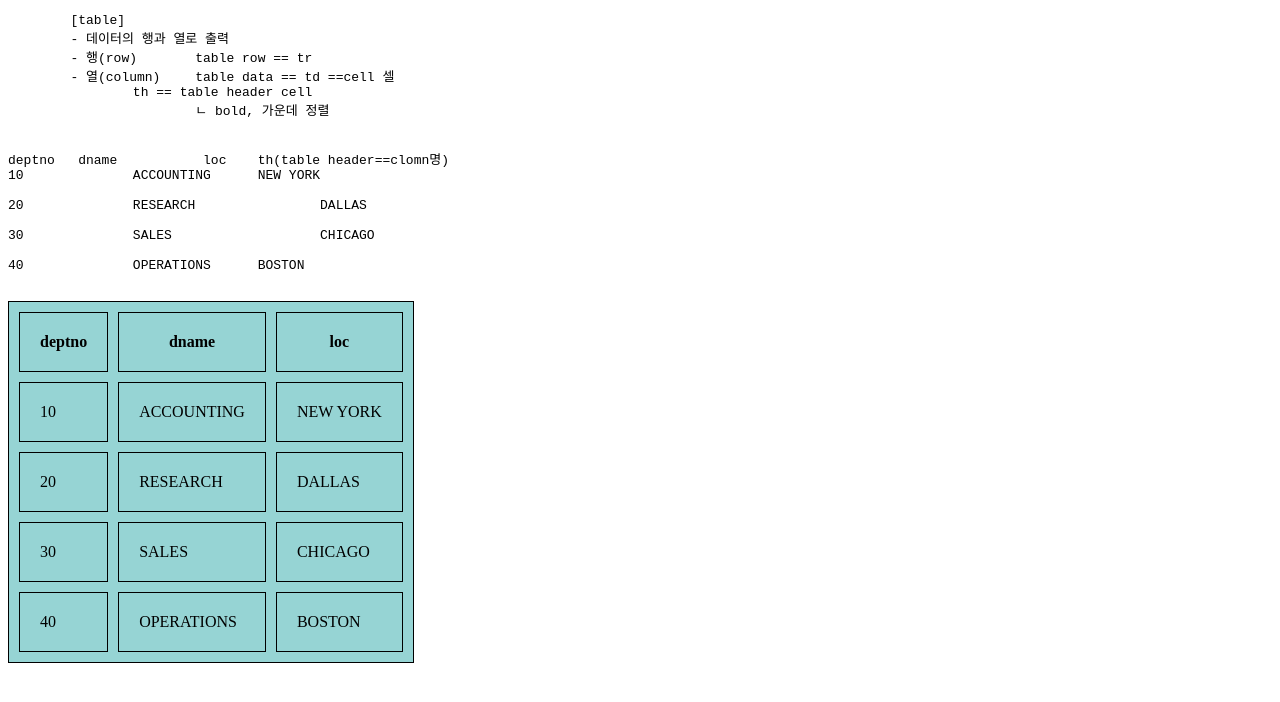
Repository: donggri1/WORKSPACE
Page: WebClass/webPro/src/main/webapp/html/days03/ex07.html
These files come from the project's save history. The page is drawn as it stood at one moment and after the next save; the edit follows.
The browser window is 1280 px wide. The pictures show the whole page.

Above is the page before, as saved 2024-03-26 03:35:17.

After the next save:
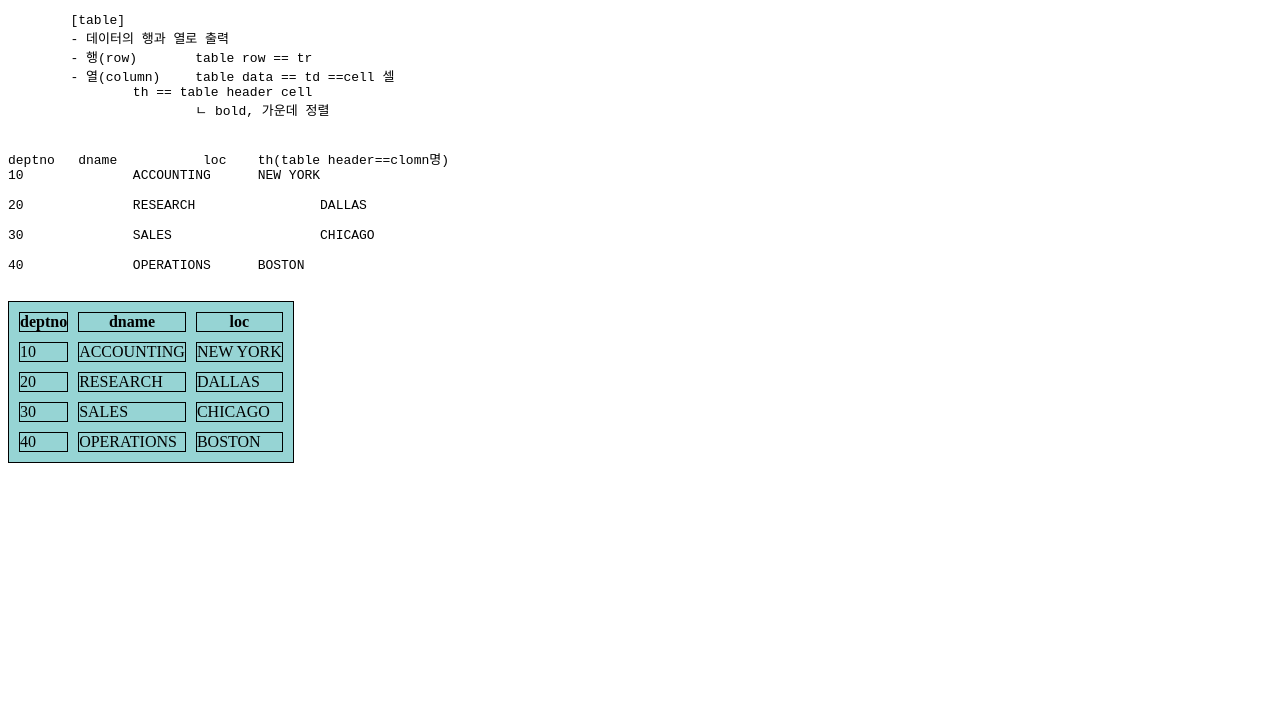
Saved 50 s later.
--- a/WebClass/webPro/src/main/webapp/html/days03/ex07.html
+++ b/WebClass/webPro/src/main/webapp/html/days03/ex07.html
@@ -11,6 +11,7 @@
 	}
 	table{
 		background-color: #96D4D4;
+
 	}
 </style>
 </head>
@@ -32,7 +33,8 @@ deptno   dname           loc	th(table header==clomn명)
 </pre>
 
 
-<table cellspacing="10px" cellpadding = "20px" >
+<!-- <table cellspacing="10px" cellpadding = "20px" > -->
+<table cellspacing="10px" cellpadding = "0px" >
  <tr>
   <th >deptno</th>
   <th >dname</th>
